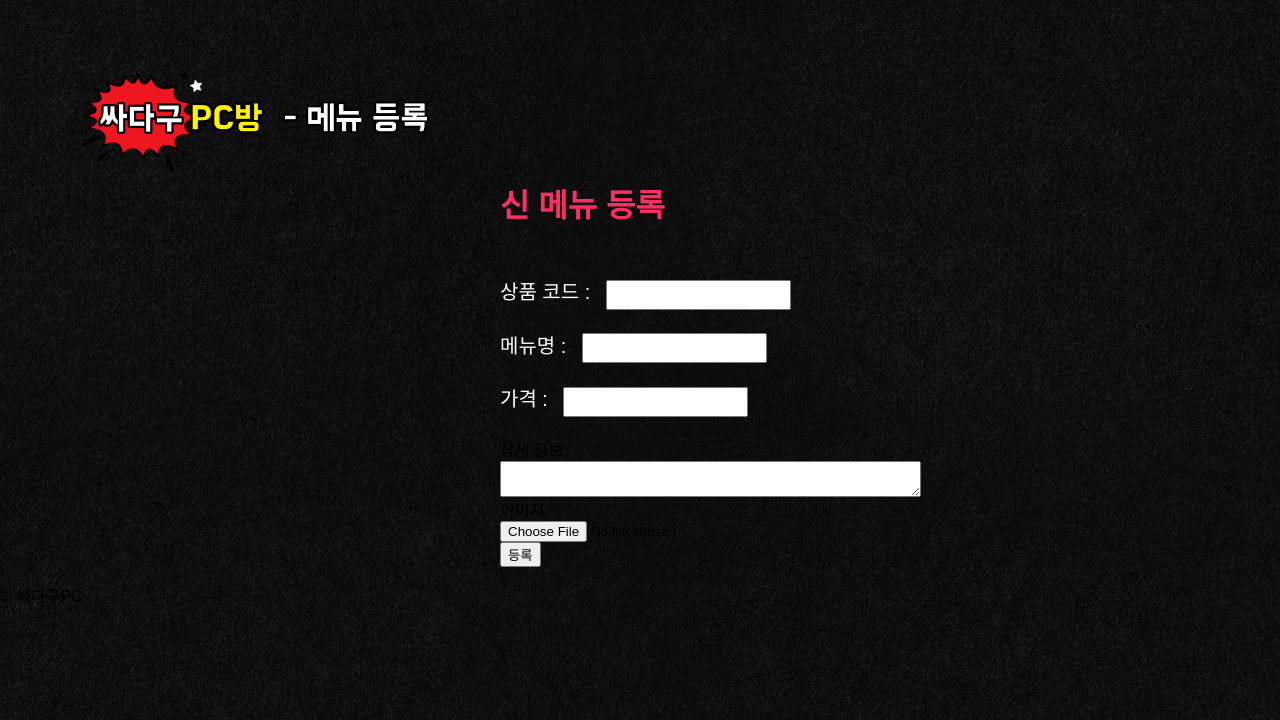
Repository: lkwoung/webProject-assignment
Page: http://localhost/CheapPC/addMenu.jsp
The author's editor kept a copy of each file at every save. The page is drawn from the files as they stood at one save, then again after the next save.
The browser window is 1280 px wide. The pictures show the whole page.
Some web fonts or font styles are not loaded; a fallback is used. The page is served by Tomcat 9. Other server files are loaded and not shown.

Above is the page before, as saved 2020-12-13 14:53:30.

### CheapPC/WebContent/addMenu.jsp
<%@ page contentType="text/html; charset=utf-8" %>
<html>

<head>
<link href="https://fonts.googleapis.com/earlyaccess/hanna.css" rel="stylesheet" type="text/css" />
<link rel="stylesheet" href="css/addMenu.css">
<title>메뉴 추가</title>
</head>
<body>
<div style="margin-top:180px; margin-left:500px;" >
<h1 style="color:#FE2E64; margin-bottom:50px;">신 메뉴 등록 </h1>
	<form name = "newProduct" action="./processAddBook.jsp" method = "post">
	<div style="color:#fff; font-size:20px;">
		<label >상품 코드  :</label>
			<input type="text" style="margin-left:10px; height:30px; margin-bottom:20px;"name="FoodId" class="form-control">
	</div>
<div style="color:#fff; font-size:20px;">
		<label >메뉴명  :</label>
			<input type="text" style="margin-left:10px; height:30px;margin-bottom:20px;"name="name" class="form-control">
	</div>

	<div style="color:#fff; font-size:20px;">
		<label >가격 : </label>

			<input type="text" style="margin-left:10px; height:30px; margin-bottom:20px;"name="price" class="form-control">

	</div>

	<div class="form-group row">
		<label class="col-sm-2">상세 정보</label>
		<div class = "col-sm-5">
			<textarea name = "description" cols="50" rows="2"
			class="form-control"></textarea>
		</div>
	</div>

	<div class="form-group row">
		<label class="col-sm-2">이미지</label>
		<div class = "col-sm-5">
			<input type = "file" name = "productImage" class="form-control">
		</div>
	</div>


	<div class="form-group row">
		<div class = "col-sm-offset-2 col-sm-10">
			<input type="submit" name="btn btn-primary" value="등록">
		</div>
	</div>


	</form>
</div>



<footer class="container">
<p>&copy; 싸다구PC</p>
</footer>
</body>

</html>

### CheapPC/WebContent/css/addMenu.css
body
{
	background: url(image/menu.png) no-repeat center center fixed;
	-webkit-background-size: cover;
	-moz-background-size: cover;
	-o-background-size: cover;
	background-size: cover;
    margin: 0;
    font-size: 16px;
    font-family:'Hanna', sans-serif;
    -webkit-font-smoothing: antialiased;
}

After the next save:
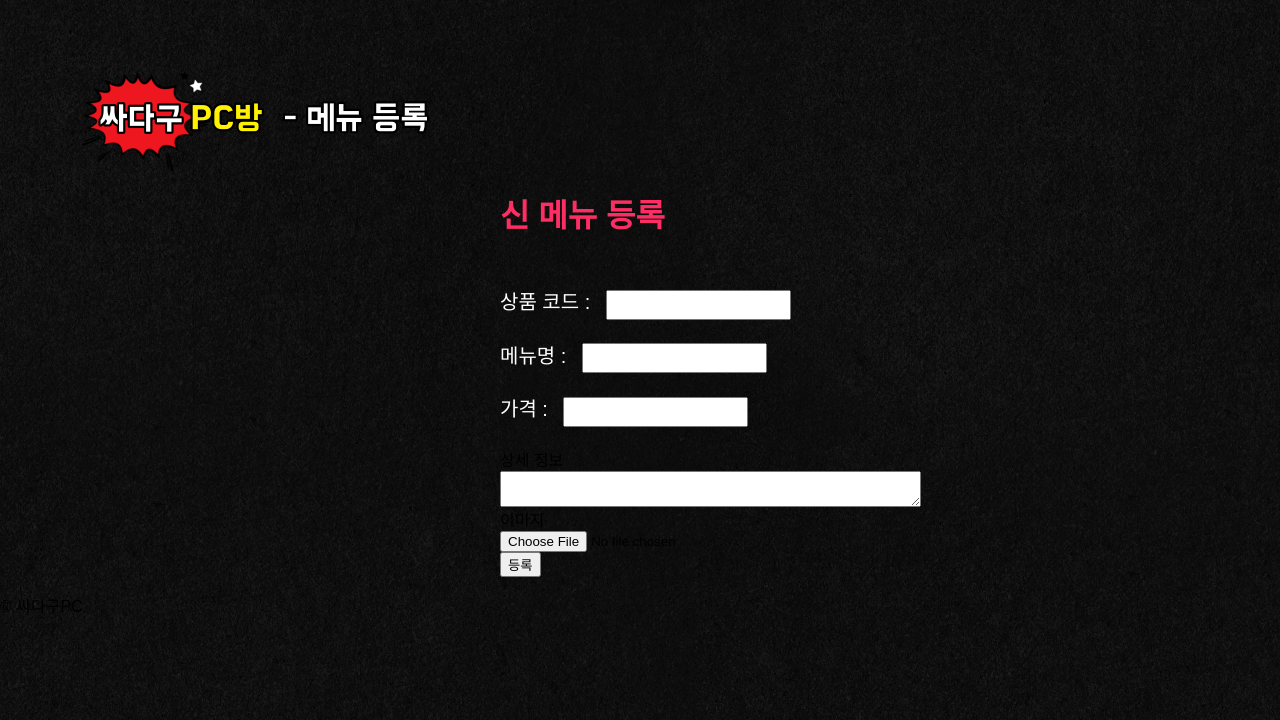
Saved 8 s later.
--- a/CheapPC/WebContent/addMenu.jsp
+++ b/CheapPC/WebContent/addMenu.jsp
@@ -7,7 +7,7 @@
 <title>메뉴 추가</title>
 </head>
 <body>
-<div style="margin-top:180px; margin-left:500px;" >
+<div style="margin-top:190px; margin-left:500px;" >
 <h1 style="color:#FE2E64; margin-bottom:50px;">신 메뉴 등록 </h1>
 	<form name = "newProduct" action="./processAddBook.jsp" method = "post">
 	<div style="color:#fff; font-size:20px;">
